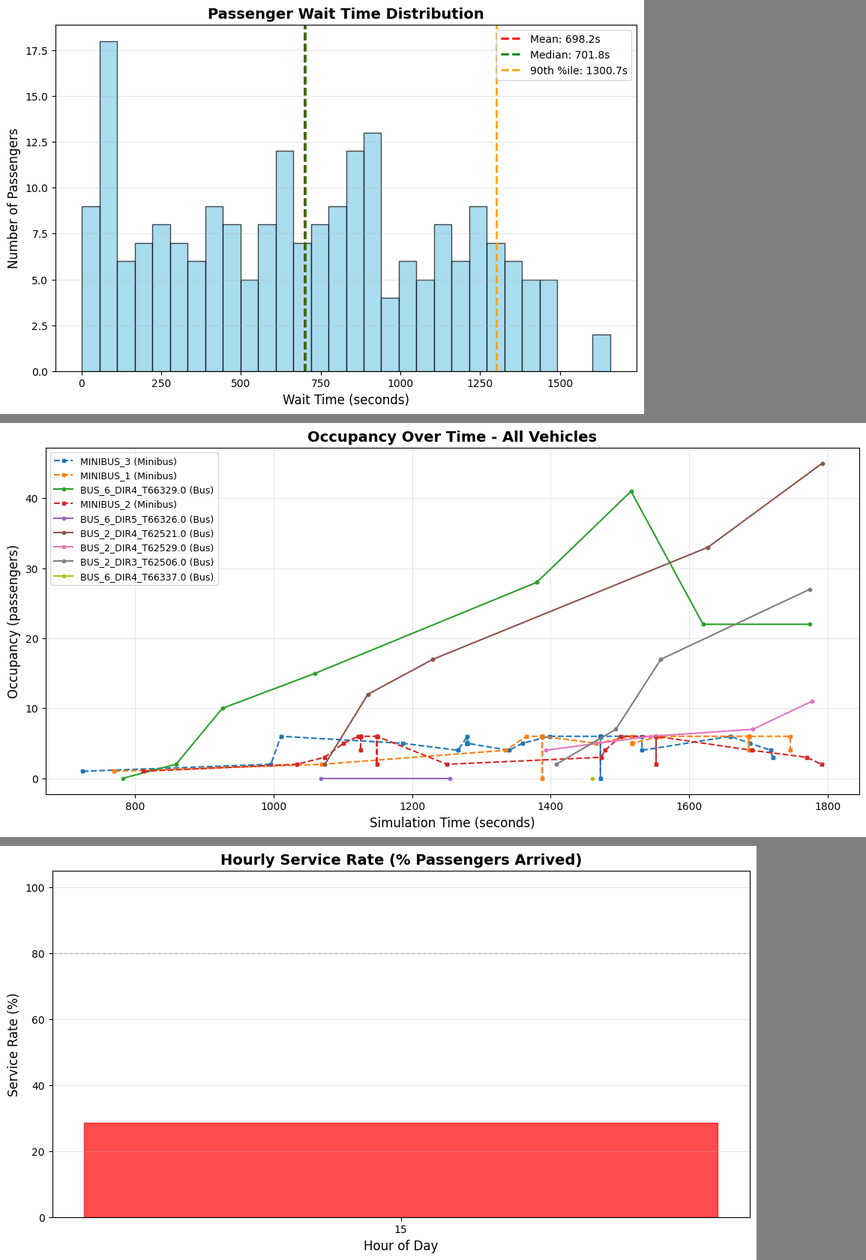
Repository: Jingren-Tang/Minibus_simulation
Script's output: python main.py
These files come from the project's save history. The script's output is drawn as it stood at one moment and after the next save; the edit follows.
The pictures are shown at 75% of full size.
Each picture stacks the figures in order, with grey between them; figures that are only written to a file come last. Random numbers start from a fixed seed. It also reads data/od_matrix.npy, data/travel_time_matrix.npy.

Above is the script's output before, as saved 2025-12-22 21:35:00.

### main.py
"""
Traffic Simulation System - Main Entry Point

This module serves as the main entry point for the traffic simulation system.
It handles configuration loading, engine initialization, and simulation execution.
"""

import sys
import logging
import argparse
from datetime import datetime, timedelta
import time
import os

from simulation.engine import SimulationEngine
import config


def setup_logging(log_level=None, log_file=None):
    """
    Configure the logging system with both file and console handlers.

    Args:
        log_level: Override log level from config
        log_file: Override log file path from config
    """
    level = log_level or config.LOG_LEVEL
    file_path = log_file or config.LOG_FILE

    # Create formatters
    formatter = logging.Formatter(
        '[%(asctime)s] [%(levelname)s] [%(name)s] - %(message)s',
        datefmt='%Y-%m-%d %H:%M:%S'
    )

    # Configure root logger
    logger = logging.getLogger()
    logger.setLevel(level)

    # Remove existing handlers
    logger.handlers = []

    # Console handler
    console_handler = logging.StreamHandler(sys.stdout)
    console_handler.setFormatter(formatter)
    logger.addHandler(console_handler)

    # File handler
    try:
        file_handler = logging.FileHandler(file_path, mode='a', encoding='utf-8')
        file_handler.setFormatter(formatter)
        logger.addHandler(file_handler)
    except Exception as e:
        logger.warning(f"Failed to create log file handler: {e}")


def parse_arguments():
    """
    Parse command line arguments.

    Returns:
        argparse.Namespace: Parsed arguments
    """
    parser = argparse.ArgumentParser(
        description='Traffic Simulation System',
        formatter_class=argparse.RawDescriptionHelpFormatter
    )

    parser.add_argument(
        '--config',
        type=str,
        help='Path to configuration file (optional, defaults to config.py)'
    )

    parser.add_argument(
        '--output-dir',
        type=str,
        help='Output directory for simulation results (overrides config)'
    )

    parser.add_argument(
        '--log-level',
        type=str,
        choices=['DEBUG', 'INFO', 'WARNING', 'ERROR', 'CRITICAL'],
        help='Logging level (overrides config)'
    )

    parser.add_argument(
        '--start-time',
        type=str,
        help='Simulation start time in format HH:MM:SS (overrides config)'
    )

    parser.add_argument(
        '--end-time',
        type=str,
        help='Simulation end time in format HH:MM:SS (overrides config)'
    )

    parser.add_argument(
        '--date',
        type=str,
        help='Simulation date in format YYYY-MM-DD (overrides config)'
    )

    return parser.parse_args()


def build_config_dict(cmd_overrides):
    """
    Build configuration dictionary from config module and command line overrides.

    Args:
        cmd_overrides: Dictionary containing command line parameter overrides

    Returns:
        dict: Complete configuration dictionary
    """
    # Start with the configuration from config.py
    config_dict = config.get_config()

    # Apply command line overrides
    if 'output_dir' in cmd_overrides:
        config_dict['output_dir'] = cmd_overrides['output_dir']

    if 'start_time' in cmd_overrides:
        config_dict['simulation_start_time'] = cmd_overrides['start_time']

    if 'end_time' in cmd_overrides:
        config_dict['simulation_end_time'] = cmd_overrides['end_time']

    if 'date' in cmd_overrides:
        config_dict['simulation_date'] = cmd_overrides['date']

    return config_dict


def validate_config(config_dict):
    """
    Validate the simulation configuration.

    Args:
        config_dict: Configuration dictionary

    Returns:
        bool: True if valid, False otherwise
    """
    logger = logging.getLogger(__name__)

    # Check required fields
    required_fields = ['simulation_start_time', 'simulation_end_time', 'simulation_date']
    for field in required_fields:
        if field not in config_dict:
            logger.error(f"Missing required configuration field: {field}")
            return False

    # Validate time range
    start_time_str = config_dict['simulation_start_time']
    end_time_str = config_dict['simulation_end_time']
    date_str = config_dict['simulation_date']

    try:
        # Parse times
        start_time = datetime.strptime(f"{date_str} {start_time_str}", '%Y-%m-%d %H:%M:%S')
        end_time = datetime.strptime(f"{date_str} {end_time_str}", '%Y-%m-%d %H:%M:%S')

        if start_time >= end_time:
            logger.error("Start time must be before end time")
            return False
    except ValueError as e:
        logger.error(f"Invalid time format: {e}")
        return False

    # Run config module validation
    if not config.validate_config():
        logger.error("Configuration validation failed")
        return False

    return True


def print_welcome():
    """Print welcome banner."""
    print("=" * 60)
    print("    Traffic Simulation System")
    print("=" * 60)
    print()


def print_config_summary(config_dict):
    """
    Print configuration summary.

    Args:
        config_dict: Configuration dictionary
    """
    logger = logging.getLogger(__name__)

    logger.info("Configuration Summary:")
    logger.info(f"  Simulation Date: {config_dict['simulation_date']}")
    logger.info(f"  Start Time: {config_dict['simulation_start_time']}")
    logger.info(f"  End Time: {config_dict['simulation_end_time']}")
    logger.info(f"  Number of Buses: {config_dict['num_buses']}")
    logger.info(f"  Bus Capacity: {config_dict['bus_capacity']}")
    logger.info(f"  Number of Minibuses: {config_dict['num_minibuses']}")
    logger.info(f"  Minibus Capacity: {config_dict['minibus_capacity']}")
    logger.info(f"  Optimization Interval: {config_dict['optimization_interval']}s")
    logger.info(f"  Output Directory: {config_dict['output_dir']}")
    logger.info(f"  Log Level: {logging.getLevelName(logger.getEffectiveLevel())}")
    print()


def main():
    """
    Main entry point for the traffic simulation system.

    Returns:
        int: Exit code (0 for success, 1 for failure)
    """
    # Record start time
    real_start_time = time.time()

    try:
        # Parse command line arguments
        args = parse_arguments()

        # Setup logging
        log_level = getattr(logging, args.log_level) if args.log_level else None
        setup_logging(log_level=log_level)

        logger = logging.getLogger(__name__)

        # Print welcome message
        print_welcome()

        # Build command line overrides dictionary
        cmd_overrides = {}

        if args.output_dir:
            cmd_overrides['output_dir'] = args.output_dir

        if args.start_time:
            # Validate time format HH:MM:SS
            try:
                datetime.strptime(args.start_time, '%H:%M:%S')
                cmd_overrides['start_time'] = args.start_time
            except ValueError:
                logger.error(f"Invalid start time format: {args.start_time} (expected HH:MM:SS)")
                return 1

        if args.end_time:
            # Validate time format HH:MM:SS
            try:
                datetime.strptime(args.end_time, '%H:%M:%S')
                cmd_overrides['end_time'] = args.end_time
            except ValueError:
                logger.error(f"Invalid end time format: {args.end_time} (expected HH:MM:SS)")
                return 1

        if args.date:
            # Validate date format YYYY-MM-DD
            try:
                datetime.strptime(args.date, '%Y-%m-%d')
                cmd_overrides['date'] = args.date
            except ValueError:
                logger.error(f"Invalid date format: {args.date} (expected YYYY-MM-DD)")
                return 1

        # Build complete configuration dictionary
        logger.info("Building configuration...")
        config_dict = build_config_dict(cmd_overrides)

        # Log any overrides applied
        if cmd_overrides:
            logger.info("Applied configuration overrides:")
            for key, value in cmd_overrides.items():
                logger.info(f"  {key} = {value}")

        # Validate configuration
        if not validate_config(config_dict):
            logger.error("Configuration validation failed")
            return 1

        # Print configuration summary
        print_config_summary(config_dict)

        # Log simulation start
        logger.info("=" * 60)
        logger.info("Starting traffic simulation...")
        logger.info(f"Real start time: {datetime.now().strftime('%Y-%m-%d %H:%M:%S')}")
        logger.info("=" * 60)

        # Create and initialize simulation engine
        # Pass the configuration dictionary to SimulationEngine
        logger.info("Initializing simulation engine...")
        engine = SimulationEngine(config_dict)

        # Initialize the engine
        engine.initialize()
        logger.info("Simulation engine initialized successfully")

        # Run the simulation
        logger.info("Running simulation...")
        engine.run()

        # Calculate and log execution time
        real_end_time = time.time()
        total_time = real_end_time - real_start_time

        logger.info("=" * 60)
        logger.info("Simulation completed successfully!")
        logger.info(f"Real end time: {datetime.now().strftime('%Y-%m-%d %H:%M:%S')}")
        logger.info(f"Total execution time: {total_time:.2f} seconds ({total_time/60:.2f} minutes)")
        logger.info("=" * 60)

        print()
        print("=" * 60)
        print(f"✓ Simulation completed successfully!")
        print(f"  Total execution time: {total_time:.2f} seconds")
        print("=" * 60)

        return 0

    except KeyboardInterrupt:
        logger = logging.getLogger(__name__)
        logger.warning("\nSimulation interrupted by user")
        print("\n⚠ Simulation interrupted by user")
        return 1

    except Exception as e:
        logger = logging.getLogger(__name__)
        logger.exception(f"Fatal error during simulation: {e}")
        print(f"\n✗ Fatal error: {e}")
        print("  Check log file for details")
        return 1

    finally:
        # Log final message
        try:
            logger = logging.getLogger(__name__)
            logger.info("Simulation system shutdown")
        except:
            pass


if __name__ == "__main__":
    sys.exit(main())

### config.py
"""
Configuration module for the mixed traffic simulation system.

This module contains all configurable parameters for the simulation,
including time settings, file paths, vehicle configurations, and optimization settings.
All parameters can be modified here without changing the core simulation code.


Config to change: SIMULATION_START_TIME, SIMULATION_END_TIME, STATIONS_FILE, TRAVEL_TIME_MATRIX_FILE,
MATRIX_METADATA_FILE, BUS_SCHEDULE_FILE(data or data)
ENABLE_MINIBUS, MINIBUS_INITIAL_LOCATIONS,
OPTIMIZER_TYPE
PASSENGER_GENERATION_METHOD: "test" or "od_matrix"

"""

import os
from typing import Dict, Any


# ============================================================================
# TIME SETTINGS
# ============================================================================

# Simulation start time in HH:MM:SS format
SIMULATION_START_TIME = "15:00:00"

# Simulation end time in HH:MM:SS format
SIMULATION_END_TIME = "15:30:00"

# Simulation date in YYYY-MM-DD format
SIMULATION_DATE = "2024-07-25"


# ============================================================================
# DATA FILE PATHS
# ============================================================================

# Path to the stations definition file (JSON format)
STATIONS_FILE = "data/stations.json"

# Path to the travel time matrix (NumPy binary format)
TRAVEL_TIME_MATRIX_FILE = "data/travel_time_matrix.npy"

# Path to the matrix metadata file (JSON format)
MATRIX_METADATA_FILE = "data/matrix_metadata.json"

# Path to the bus schedule file (CSV format)
BUS_SCHEDULE_FILE = "data/bus_schedule.csv"


# ============================================================================
# VEHICLE SETTINGS
# ============================================================================

# Number of buses in the system (loaded from CSV, this is for reference only)
NUM_BUSES = 20

# Maximum passenger capacity for each bus
BUS_CAPACITY = 80

ENABLE_MINIBUS = True

# Number of minibuses in the system
NUM_MINIBUSES = 3

# Maximum passenger capacity for each minibus
MINIBUS_CAPACITY = 6

# Initial station locations for minibuses (must match station IDs)
MINIBUS_INITIAL_LOCATIONS = ["8592374","8592374","8592374"]  # Can also be "random"


# ============================================================================
# OPTIMIZER SETTINGS (for Phase 4)
# ============================================================================

# Time interval (in seconds) between optimizer calls
OPTIMIZATION_INTERVAL = 300

# ['dummy', 'external_program', 'python_module']
OPTIMIZER_TYPE = 'python_module'  # 'dummy' optimizer does nothing

# Configuration dictionary for the optimizer


OPTIMIZER_CONFIG = {
    'module_name': 'optimizer.greedy_insertion',
    'function_name': 'greedy_insert_optimize',
    'max_waiting_time': 600.0,
    'max_detour_time': 300.0,
}

# ============================================================================
# PASSENGER SETTINGS
# ============================================================================

# Maximum time (in seconds) a passenger will wait before abandoning the trip
# Default: 900 seconds = 15 minutes
PASSENGER_MAX_WAIT_TIME = 9000.0


# ============================================================================
# OUTPUT SETTINGS
# ============================================================================

# Directory where simulation results will be saved
OUTPUT_DIR = "data/results/"

# Name of the log file
LOG_FILE = "simulation.log"

# Logging level: DEBUG, INFO, WARNING, ERROR, CRITICAL
LOG_LEVEL = "INFO"

# Whether to save detailed logs (may impact performance)
SAVE_DETAILED_LOGS = True

# OD MATRIX SETTINGS
OD_MATRIX_FILE = "data/od_matrix.npy"
OD_METADATA_FILE = "data/od_metadata.json"

# Passenger generation method: "test", "od_matrix", "file"
PASSENGER_GENERATION_METHOD = "od_matrix"

# ============================================================================
# OTHER SETTINGS
# ============================================================================

# Random seed for reproducibility (set to None for non-deterministic behavior)
RANDOM_SEED = 42


# ============================================================================
# UTILITY FUNCTIONS
# ============================================================================

def get_config() -> Dict[str, Any]:
    """
    Package all configuration parameters into a dictionary.

    Returns:
        Dict[str, Any]: Dictionary containing all configuration parameters
    """
    config = {
        # Time settings
        "simulation_start_time": SIMULATION_START_TIME,
        "simulation_end_time": SIMULATION_END_TIME,
        "simulation_date": SIMULATION_DATE,

        # Data file paths
        "stations_file": STATIONS_FILE,
        "travel_time_matrix": TRAVEL_TIME_MATRIX_FILE,
        "matrix_metadata": MATRIX_METADATA_FILE,
        "bus_schedule_file": BUS_SCHEDULE_FILE,  # 改回 bus_schedule_file

        # Vehicle settings
        "num_buses": NUM_BUSES,
        "bus_capacity": BUS_CAPACITY,
        "enable_minibus": ENABLE_MINIBUS,
        "num_minibuses": NUM_MINIBUSES,
        "minibus_capacity": MINIBUS_CAPACITY,
        "minibus_initial_locations": MINIBUS_INITIAL_LOCATIONS,

        # Optimizer settings

        "optimization_interval": OPTIMIZATION_INTERVAL,
        "optimizer_type": OPTIMIZER_TYPE,
        "optimizer_config": OPTIMIZER_CONFIG,

        # Passenger settings
        "passenger_max_wait_time": PASSENGER_MAX_WAIT_TIME,


        # Output settings
        "output_dir": OUTPUT_DIR,
        "log_file": LOG_FILE,
        "log_level": LOG_LEVEL,
        "save_detailed_logs": SAVE_DETAILED_LOGS,

        # OD matrix settings
        "od_matrix_file": OD_MATRIX_FILE,
        "od_metadata_file": OD_METADATA_FILE,
        "passenger_generation_method": PASSENGER_GENERATION_METHOD,

        # Other settings
        "random_seed": RANDOM_SEED
    }

    return config


def validate_config() -> bool:
    """
    Validate the configuration parameters.

    Checks:
    - Required data files exist
    - Output directory is writable
    - Parameter values are within valid ranges
    - Initial minibus locations match the number of minibuses

    Returns:
        bool: True if configuration is valid, False otherwise
    """
    valid = True

    # Check if required data files exist
    required_files = [
        STATIONS_FILE,
        TRAVEL_TIME_MATRIX_FILE,
        MATRIX_METADATA_FILE,
        BUS_SCHEDULE_FILE
    ]

    for file_path in required_files:
        if not os.path.exists(file_path):
            print(f"Warning: Required file not found: {file_path}")
            valid = False

    # Check if output directory exists, create if it doesn't
    if not os.path.exists(OUTPUT_DIR):
        try:
            os.makedirs(OUTPUT_DIR)
            print(f"Created output directory: {OUTPUT_DIR}")
        except Exception as e:
            print(f"Error: Cannot create output directory {OUTPUT_DIR}: {e}")
            valid = False

    # Validate vehicle capacity values
    if BUS_CAPACITY <= 0:
        print("Error: BUS_CAPACITY must be positive")
        valid = False

    if MINIBUS_CAPACITY <= 0:
        print("Error: MINIBUS_CAPACITY must be positive")
        valid = False


    # Validate number of minibuses matches initial locations (only if it's a list)
    if isinstance(MINIBUS_INITIAL_LOCATIONS, list):
        if len(MINIBUS_INITIAL_LOCATIONS) != NUM_MINIBUSES:
            print(f"Warning: Number of initial minibus locations ({len(MINIBUS_INITIAL_LOCATIONS)}) "
                f"does not match NUM_MINIBUSES ({NUM_MINIBUSES})")
            valid = False
    elif MINIBUS_INITIAL_LOCATIONS != "random":
        print(f"Error: MINIBUS_INITIAL_LOCATIONS must be a list or 'random', "
            f"got {MINIBUS_INITIAL_LOCATIONS}")
        valid = False

    # Validate time format (basic check)
    time_fields = [SIMULATION_START_TIME, SIMULATION_END_TIME]
    for time_str in time_fields:
        parts = time_str.split(":")
        if len(parts) != 3:
            print(f"Error: Invalid time format: {time_str} (expected HH:MM:SS)")
            valid = False

    # Validate date format (basic check)
    date_parts = SIMULATION_DATE.split("-")
    if len(date_parts) != 3:
        print(f"Error: Invalid date format: {SIMULATION_DATE} (expected YYYY-MM-DD)")
        valid = False

    # Validate optimization interval
    if OPTIMIZATION_INTERVAL <= 0:
        print("Error: OPTIMIZATION_INTERVAL must be positive")
        valid = False

    # Validate passenger max wait time
    if PASSENGER_MAX_WAIT_TIME <= 0:
        print("Error: PASSENGER_MAX_WAIT_TIME must be positive")
        valid = False

    # Validate log level
    valid_log_levels = ["DEBUG", "INFO", "WARNING", "ERROR", "CRITICAL"]
    if LOG_LEVEL not in valid_log_levels:
        print(f"Error: Invalid LOG_LEVEL: {LOG_LEVEL} (must be one of {valid_log_levels})")
        valid = False

    if valid:
        print("Configuration validation passed")
    else:
        print("Configuration validation failed")

    return valid


# ============================================================================
# MODULE TEST
# ============================================================================

if __name__ == "__main__":
    print("=== Configuration Module Test ===\n")

    print("Current Configuration:")
    config = get_config()
    for key, value in config.items():
        print(f"  {key}: {value}")

    print("\n" + "="*50 + "\n")

    print("Validating configuration...")
    is_valid = validate_config()

    print(f"\nConfiguration is {'valid' if is_valid else 'invalid'}")

Loaded but not shown: data/stations.json (202 lines, source omitted); data/matrix_metadata.json (63 lines, source omitted); data/od_metadata.json (31 lines, source omitted); data/bus_schedule.csv (1366 lines, source omitted); simulation/engine.py (1388 lines, source omitted); utils/statistics.py (1249 lines, source omitted); optimizer/route_optimizer.py (927 lines, source omitted); optimizer/greedy_insertion.py (952 lines, source omitted); vehicles/minibus.py (617 lines, source omitted); network/travel_time_manager.py (478 lines, source omitted); vehicles/bus.py (452 lines, source omitted); network/network.py (404 lines, source omitted); demand/passenger.py (380 lines, source omitted); network/station.py (314 lines, source omitted); demand/od_matrix.py (286 lines, source omitted); simulation/event.py (123 lines, source omitted)

After the next save:
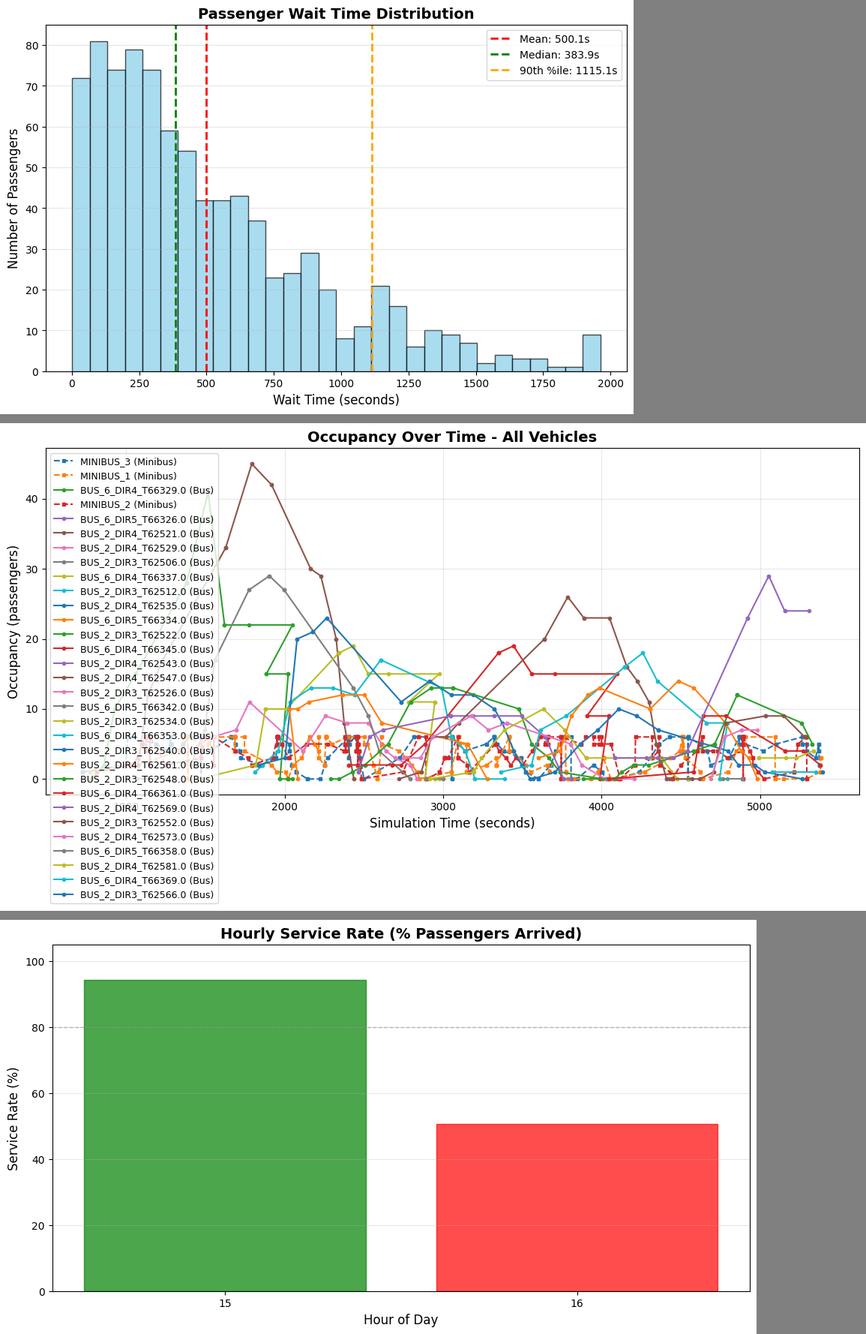
Saved 4 min 35 s later.
--- a/config.py
+++ b/config.py
@@ -26,7 +26,7 @@ from typing import Dict, Any
 SIMULATION_START_TIME = "15:00:00"
 
 # Simulation end time in HH:MM:SS format
-SIMULATION_END_TIME = "15:30:00"
+SIMULATION_END_TIME = "16:30:00"
 
 # Simulation date in YYYY-MM-DD format
 SIMULATION_DATE = "2024-07-25"
